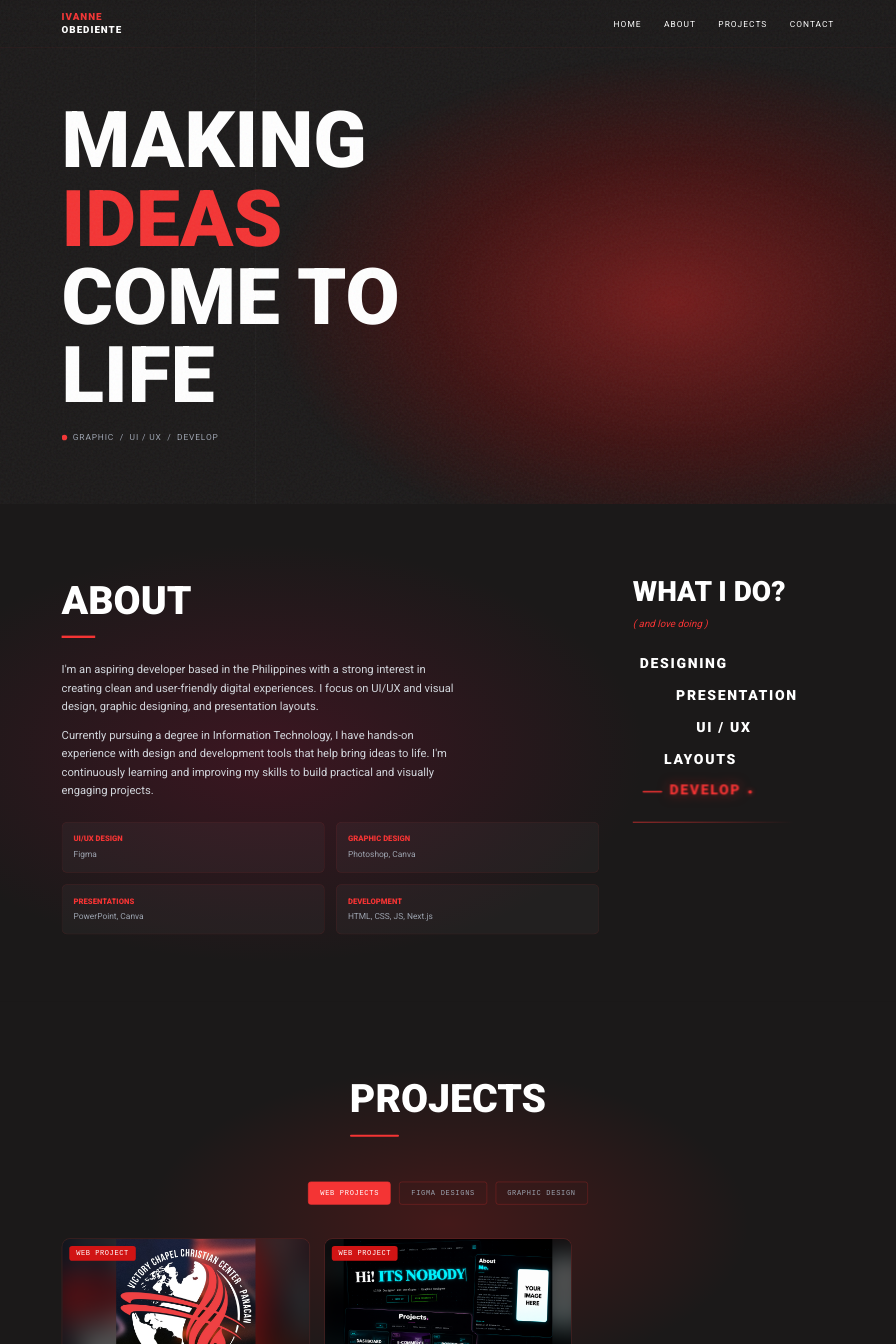
Repository: banbanny/my-portfolio
Page: /
An editor plug-in stored every save of this project. The page is shown before and after the next save, followed by the edit.
The browser window is 1280 px wide. The pictures show the part of the page from y = 0 to 1920 px (the page is 4275 px tall before and 4398 px after), at 70% of full size.
The project was rebuilt for these pictures with package versions that can differ from the ones it lists, and the page was loaded fresh each time. The framework's server and built-in components were replaced by stand-ins that run in the browser. Also part of the build but not shown: next.config.js.

Above is the page before, as saved 2026-05-07 14:01:27.

### src/app/layout.tsx
import type { Metadata } from "next";
import "./globals.css";

export const metadata: Metadata = {
  title: "Ivanne Obediente | Portfolio",
  description:
    "Aspiring developer based in the Philippines — design, UI/UX, and visual storytelling.",
};

export default function RootLayout({
  children,
}: {
  children: React.ReactNode;
}) {
  return (
    <html lang="en">
      <body>{children}</body>
    </html>
  );
}

### src/app/page.tsx
import Navbar from "@/components/Navbar";
import Hero from "@/components/Hero";
import About from "@/components/About";
import Projects from "@/components/Projects";
import Certifications from "@/components/Certifications";
import TechStack from "@/components/TechStack";
import Footer from "@/components/Footer";

export default function Home() {
  return (
    <main style={{ background: "#1B1919" }}>
      <Navbar />
      <Hero />
      <About />
      <Projects />
      <Certifications />
      <TechStack />
      <Footer />
    </main>
  );
}

### src/app/globals.css
@import url("https://fonts.googleapis.com/css2?family=Roboto:wght@400;900&display=swap");
@tailwind base;
@tailwind components;
@tailwind utilities;

:root {
  --bg: #1b1919;
  --white: #ffffff;
  --red-primary: #f43434;
  --red-dark: #d22828;
  --red-bright: #ff3c00;
  --red-accent: #ff0033;
}

* {
  margin: 0;
  padding: 0;
  box-sizing: border-box;
}

html {
  scroll-behavior: smooth;
}

body {
  background-color: var(--bg);
  color: var(--white);
  font-family: "Roboto", sans-serif;
  font-weight: 400;
  overflow-x: hidden;
}

/* ─── Noise texture overlay ─── */
body::before {
  content: "";
  position: fixed;
  inset: 0;
  background-image: url("data:[embedded picture, 306 characters]");
  pointer-events: none;
  z-index: 9999;
  opacity: 10;
}

/* ─── Red glow blob (hero background) ─── */
.hero-glow {
  background: radial-gradient(
    ellipse 60% 55% at 80% 50%,
    rgba(210, 40, 40, 0.55) 0%,
    rgba(255, 60, 0, 0.25) 45%,
    transparent 75%
  );
}

/* ─── Section red glow (bottom sections) ─── */
.section-glow {
  background: radial-gradient(
    ellipse 70% 50% at 50% 100%,
    rgba(210, 40, 40, 0.3) 0%,
    transparent 70%
  );
}

/* ─── Typography utilities ─── */
.font-black-roboto {
  font-family: "Roboto", sans-serif;
  font-weight: 900;
}

.text-red {
  color: var(--red-primary);
}

/* ─── Divider line ─── */
.divider {
  height: 2px;
  background: var(--red-primary);
  width: 100%;
}

/* ─── Vertical label (ABOUT) ─── */
.vertical-label {
  writing-mode: vertical-rl;
  text-orientation: mixed;
  transform: rotate(180deg);
  letter-spacing: 0.3em;
  font-weight: 900;
  font-size: 1.1rem;
}

/* ─── Card white box ─── */
.card-white {
  background: #ffffff;
  color: #1b1919;
  border-radius: 4px;
}

/* ─── Navbar link hover ─── */
.nav-link {
  position: relative;
  font-size: 0.75rem;
  letter-spacing: 0.12em;
  text-transform: uppercase;
  transition: color 0.2s;
}
.nav-link::after {
  content: "";
  position: absolute;
  left: 0;
  bottom: -2px;
  width: 0;
  height: 1px;
  background: var(--red-primary);
  transition: width 0.25s;
}
.nav-link:hover {
  color: var(--red-primary);
}
.nav-link:hover::after {
  width: 100%;
}

/* ─── Tech stack / cert card hover ─── */
.stack-card {
  border: 1px solid rgba(244, 52, 52, 0.3);
  transition: border-color 0.2s, transform 0.2s;
}
.stack-card:hover {
  border-color: var(--red-primary);
  transform: translateY(-2px);
}

/* ─── Project card hover ─── */
.project-card {
  transition: transform 0.2s, box-shadow 0.2s;
}
.project-card:hover {
  transform: translateY(-4px);
  box-shadow: 0 8px 30px rgba(244, 52, 52, 0.25);
}

/* ─── Scroll fade-in animation ─── */
@keyframes fadeUp {
  from {
    opacity: 0;
    transform: translateY(24px);
  }
  to {
    opacity: 1;
    transform: translateY(0);
  }
}
.animate-fadeUp {
  animation: fadeUp 0.6s ease forwards;
}

### src/components/Navbar.tsx
"use client";

import { useState } from "react";

const links = [
  { label: "Home", href: "#home" },
  { label: "About", href: "#about" },
  { label: "Projects", href: "#projects" },
  { label: "Contact", href: "#contact" },
];

export default function Navbar() {
  const [menuOpen, setMenuOpen] = useState(false);

  return (
    <header
      className="fixed top-0 left-0 w-full z-50"
      style={{
        background:
          "linear-gradient(180deg, rgba(27,25,25,0.98) 0%, rgba(27,25,25,0.85) 100%)",
        backdropFilter: "blur(6px)",
        borderBottom: "1px solid rgba(244,52,52,0.1)",
      }}
    >
      <div className="max-w-6xl mx-auto px-6 py-4 flex items-center justify-between">
        {/* Logo / Name */}
        <div>

          <p
            className="font-black-roboto text-sm tracking-widest uppercase leading-tight"
            style={{ color: "#F43434" }}
          >
            Ivanne
          </p>
          <p className="font-black-roboto text-sm tracking-widest uppercase leading-tight text-white">
            Obediente
          </p>
        </div>

        {/* Desktop Nav */}
        <nav className="hidden md:flex items-center gap-8">
          {links.map((link) => (
            <a key={link.href} href={link.href} className="nav-link text-white">
              {link.label}
            </a>
          ))}
        </nav>

        {/* Mobile Hamburger */}
        <button
          className="md:hidden flex flex-col gap-1.5 p-2"
          onClick={() => setMenuOpen(!menuOpen)}
          aria-label="Toggle menu"
        >
          <span
            className="block w-6 h-0.5 bg-white transition-transform"
            style={menuOpen ? { transform: "rotate(45deg) translate(3px, 3px)" } : {}}
          />
          <span
            className="block w-6 h-0.5 bg-white transition-opacity"
            style={menuOpen ? { opacity: 0 } : {}}
          />
          <span
            className="block w-6 h-0.5 bg-white transition-transform"
            style={menuOpen ? { transform: "rotate(-45deg) translate(3px, -3px)" } : {}}
          />
        </button>
      </div>

      {/* Mobile Menu */}
      {menuOpen && (
        <div
          className="md:hidden px-6 pb-6 flex flex-col gap-5"
          style={{ background: "rgba(27,25,25,0.98)" }}
        >
          {links.map((link) => (
            <a
              key={link.href}
              href={link.href}
              className="nav-link text-white text-sm"
              onClick={() => setMenuOpen(false)}
            >
              {link.label}
            </a>
          ))}
        </div>
      )}
    </header>
  );
}

### src/components/Hero.tsx
"use client";
import Image from "next/image";
import { useEffect, useState } from "react";

export default function Hero() {
  const [mounted, setMounted] = useState(false);
  useEffect(() => { setMounted(true); }, []);

  return (
    <section
      id="home"
      className="relative overflow-hidden"
      style={{ background: "#1B1919" }}
    >
      <style>{`
        @keyframes fadeInUp { from { opacity:0; transform:translateY(40px); } to { opacity:1; transform:translateY(0); } }
        @keyframes fadeInRight { from { opacity:0; transform:translateX(60px); } to { opacity:1; transform:translateX(0); } }
        @keyframes fadeIn { from { opacity:0; } to { opacity:1; } }
        @keyframes glowPulse { 0%,100% { opacity:0.85; } 50% { opacity:1; } }
        .hero-glow   { animation: fadeIn 1.2s ease forwards, glowPulse 4s ease-in-out 1.2s infinite; }
        .hero-photo  { animation: fadeInRight 1s cubic-bezier(0.22,1,0.36,1) 0.2s both; }
        .hero-line-1 { animation: fadeInUp 0.7s cubic-bezier(0.22,1,0.36,1) 0.3s both; }
        .hero-line-2 { animation: fadeInUp 0.7s cubic-bezier(0.22,1,0.36,1) 0.45s both; }
        .hero-line-3 { animation: fadeInUp 0.7s cubic-bezier(0.22,1,0.36,1) 0.6s both; }
        .hero-line-4 { animation: fadeInUp 0.7s cubic-bezier(0.22,1,0.36,1) 0.75s both; }
        .hero-tags   { animation: fadeInUp 0.7s cubic-bezier(0.22,1,0.36,1) 0.95s both; }
        .hero-img-mobile { animation: fadeInUp 0.9s cubic-bezier(0.22,1,0.36,1) 1.1s both; }
      `}</style>

      {/* Red radial glow */}
      <div
        className="absolute inset-0 pointer-events-none hero-glow"
        style={{
          background: "radial-gradient(ellipse 65% 70% at 75% 60%, rgba(143,29,29,0.81) 0%, rgba(124,9,9,0.4) 40%, transparent 70%)",
          opacity: mounted ? undefined : 0,
        }}
        aria-hidden="true"
      />

      {/* DESKTOP PHOTO — absolute, right side, hidden on mobile */}
      <div
        className="hidden md:block absolute bottom-0 right-0 md:right-[8%] hero-photo"
        style={{
          width: "clamp(280px, 35vw, 420px)",
          height: "85vh",
          zIndex: 1,
          opacity: mounted ? undefined : 0,
        }}
      >
        <Image src="/hero.png" fill alt="Ivanne Obediente" className="object-cover object-top" priority />
        <div className="absolute inset-0" style={{ background: "linear-gradient(to bottom, transparent 85%, #1B1919 100%)" }} />
      </div>

      {/* CONTENT WRAPPER */}
      <div
        className="relative flex flex-col md:block"
        style={{ zIndex: 2 }}
      >
        {/* Text section */}
        <div
          className="max-w-6xl mx-auto px-6 w-full flex flex-col justify-center"
          style={{
            minHeight: "100svh",
            paddingTop: "clamp(70px, 12vh, 120px)",
            paddingBottom: "clamp(20px, 4vh, 40px)",
          }}
        >
          <div className="max-w-lg">
            <h1
              className="font-black-roboto uppercase leading-none"
              style={{ fontSize: "clamp(2.5rem, 11vw, 7rem)" }}
            >
              <span className="text-white block hero-line-1" style={{ opacity: mounted ? undefined : 0 }}>MAKING</span>
              <span className="block hero-line-2" style={{ color: "#F43434", opacity: mounted ? undefined : 0 }}>IDEAS</span>
              <span className="text-white block hero-line-3" style={{ opacity: mounted ? undefined : 0 }}>COME TO</span>
              <span className="text-white block hero-line-4" style={{ opacity: mounted ? undefined : 0 }}>LIFE</span>
            </h1>
            <div
              className="flex flex-wrap items-center gap-2 mt-4 md:mt-6 text-xs text-gray-400 tracking-widest uppercase hero-tags"
              style={{ opacity: mounted ? undefined : 0 }}
            >
              <span className="inline-block w-2 h-2 rounded-full" style={{ background: "#f43434" }} />
              <span>Graphic</span><span>/</span><span>UI / UX</span><span>/</span><span>Develop</span>
            </div>
          </div>
        </div>

        {/* MOBILE PHOTO — shows below text, hidden on desktop */}
        <div
          className="md:hidden w-full hero-img-mobile"
          style={{ opacity: mounted ? undefined : 0 }}
        >
          <div
            style={{
              position: "relative",
              width: "100%",
              height: "clamp(280px, 70vw, 420px)",
            }}
          >
            <Image
              src="/hero.png"
              fill
              alt="Ivanne Obediente"
              className="object-cover object-top"
              priority
            />
            {/* Top fade to blend with text section */}
            <div
              className="absolute inset-0"
              style={{ background: "linear-gradient(to bottom, #1B1919 0%, transparent 20%, transparent 80%, #1B1919 100%)" }}
            />
          </div>
        </div>
      </div>
    </section>
  );
}

### tailwind.config.ts
import type { Config } from "tailwindcss";

const config: Config = {
  content: [
    "./src/pages/**/*.{js,ts,jsx,tsx,mdx}",
    "./src/components/**/*.{js,ts,jsx,tsx,mdx}",
    "./src/app/**/*.{js,ts,jsx,tsx,mdx}",
  ],
  theme: {
    extend: {
      colors: {
        background: "#1B1919",
        red: {
          primary: "#F43434",
          dark: "#D22828",
          bright: "#FF3C00",
          accent: "#FF0033",
        },
      },
      fontFamily: {
        roboto: ["Roboto", "sans-serif"],
      },
    },
  },
  plugins: [],
};
export default config;

Loaded but not shown: src/components/Certifications.tsx (272 lines, source omitted); src/components/Projects.tsx (162 lines, source omitted); src/components/About.tsx (122 lines, source omitted); src/components/Footer.tsx (100 lines, source omitted); src/components/TechStack.tsx (197 lines, source omitted)

After the next save:
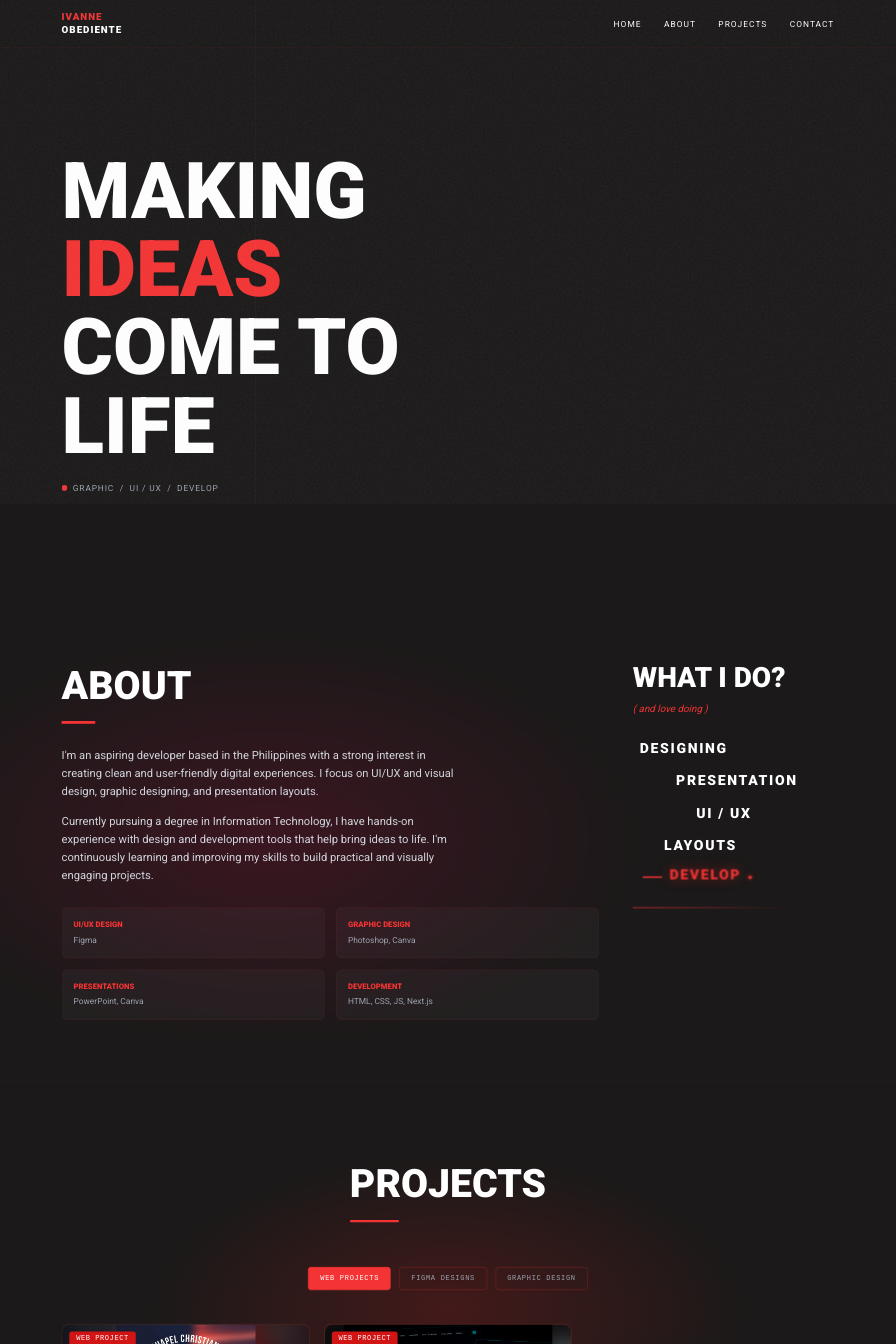
Saved 5 min 12 s later.
--- a/src/components/Hero.tsx
+++ b/src/components/Hero.tsx
@@ -27,17 +27,26 @@ export default function Hero() {
         .hero-img-mobile { animation: fadeInUp 0.9s cubic-bezier(0.22,1,0.36,1) 1.1s both; }
       `}</style>
 
-      {/* Red radial glow */}
+      {/* Red radial glow — desktop position */}
       <div
-        className="absolute inset-0 pointer-events-none hero-glow"
+        className="absolute inset-0 pointer-events-none hero-glow hidden md:block"
         style={{
           background: "radial-gradient(ellipse 65% 70% at 75% 60%, rgba(143,29,29,0.81) 0%, rgba(124,9,9,0.4) 40%, transparent 70%)",
           opacity: mounted ? undefined : 0,
         }}
         aria-hidden="true"
       />
+      {/* Red radial glow — mobile position (centered, behind image) */}
+      <div
+        className="absolute inset-0 pointer-events-none hero-glow md:hidden"
+        style={{
+          background: "radial-gradient(ellipse 90% 50% at 50% 75%, rgba(143,29,29,0.7) 0%, rgba(124,9,9,0.3) 50%, transparent 75%)",
+          opacity: mounted ? undefined : 0,
+        }}
+        aria-hidden="true"
+      />
 
-      {/* DESKTOP PHOTO — absolute, right side, hidden on mobile */}
+      {/* DESKTOP PHOTO — absolute right side, hidden on mobile */}
       <div
         className="hidden md:block absolute bottom-0 right-0 md:right-[8%] hero-photo"
         style={{
@@ -52,40 +61,47 @@ export default function Hero() {
       </div>
 
       {/* CONTENT WRAPPER */}
-      <div
-        className="relative flex flex-col md:block"
-        style={{ zIndex: 2 }}
-      >
+      <div className="relative flex flex-col md:block" style={{ zIndex: 2 }}>
+
         {/* Text section */}
         <div
           className="max-w-6xl mx-auto px-6 w-full flex flex-col justify-center"
           style={{
-            minHeight: "100svh",
-            paddingTop: "clamp(70px, 12vh, 120px)",
-            paddingBottom: "clamp(20px, 4vh, 40px)",
+            /* Mobile: don't force full screen height — just enough for text */
+            minHeight: "auto",
+            paddingTop: "clamp(80px, 14vh, 120px)",
+            paddingBottom: "clamp(16px, 3vh, 32px)",
           }}
         >
-          <div className="max-w-lg">
-            <h1
-              className="font-black-roboto uppercase leading-none"
-              style={{ fontSize: "clamp(2.5rem, 11vw, 7rem)" }}
-            >
-              <span className="text-white block hero-line-1" style={{ opacity: mounted ? undefined : 0 }}>MAKING</span>
-              <span className="block hero-line-2" style={{ color: "#F43434", opacity: mounted ? undefined : 0 }}>IDEAS</span>
-              <span className="text-white block hero-line-3" style={{ opacity: mounted ? undefined : 0 }}>COME TO</span>
-              <span className="text-white block hero-line-4" style={{ opacity: mounted ? undefined : 0 }}>LIFE</span>
-            </h1>
-            <div
-              className="flex flex-wrap items-center gap-2 mt-4 md:mt-6 text-xs text-gray-400 tracking-widest uppercase hero-tags"
-              style={{ opacity: mounted ? undefined : 0 }}
-            >
-              <span className="inline-block w-2 h-2 rounded-full" style={{ background: "#f43434" }} />
-              <span>Graphic</span><span>/</span><span>UI / UX</span><span>/</span><span>Develop</span>
+          {/* On desktop, enforce full-screen height on this inner div */}
+          <div
+            className="md:min-h-screen md:flex md:flex-col md:justify-center"
+          >
+            <div className="max-w-lg">
+              <h1
+                className="font-black-roboto uppercase leading-none"
+                style={{
+                  /* Smaller floor on mobile so it doesn't eat the whole screen */
+                  fontSize: "clamp(2rem, 13vw, 7rem)",
+                }}
+              >
+                <span className="text-white block hero-line-1" style={{ opacity: mounted ? undefined : 0 }}>MAKING</span>
+                <span className="block hero-line-2" style={{ color: "#F43434", opacity: mounted ? undefined : 0 }}>IDEAS</span>
+                <span className="text-white block hero-line-3" style={{ opacity: mounted ? undefined : 0 }}>COME TO</span>
+                <span className="text-white block hero-line-4" style={{ opacity: mounted ? undefined : 0 }}>LIFE</span>
+              </h1>
+              <div
+                className="flex flex-wrap items-center gap-2 mt-3 md:mt-6 text-xs text-gray-400 tracking-widest uppercase hero-tags"
+                style={{ opacity: mounted ? undefined : 0 }}
+              >
+                <span className="inline-block w-2 h-2 rounded-full" style={{ background: "#f43434" }} />
+                <span>Graphic</span><span>/</span><span>UI / UX</span><span>/</span><span>Develop</span>
+              </div>
             </div>
           </div>
         </div>
 
-        {/* MOBILE PHOTO — shows below text, hidden on desktop */}
+        {/* MOBILE PHOTO — full body, below title, hidden on desktop */}
         <div
           className="md:hidden w-full hero-img-mobile"
           style={{ opacity: mounted ? undefined : 0 }}
@@ -94,7 +110,8 @@ export default function Hero() {
             style={{
               position: "relative",
               width: "100%",
-              height: "clamp(280px, 70vw, 420px)",
+              /* Taller height so the full body shows, not just head */
+              height: "clamp(380px, 110vw, 560px)",
             }}
           >
             <Image
@@ -104,13 +121,16 @@ export default function Hero() {
               className="object-cover object-top"
               priority
             />
-            {/* Top fade to blend with text section */}
+            {/* Subtle fade top and bottom */}
             <div
               className="absolute inset-0"
-              style={{ background: "linear-gradient(to bottom, #1B1919 0%, transparent 20%, transparent 80%, #1B1919 100%)" }}
+              style={{
+                background: "linear-gradient(to bottom, #1B1919 0%, transparent 12%, transparent 78%, #1B1919 100%)",
+              }}
             />
           </div>
         </div>
+
       </div>
     </section>
   );
